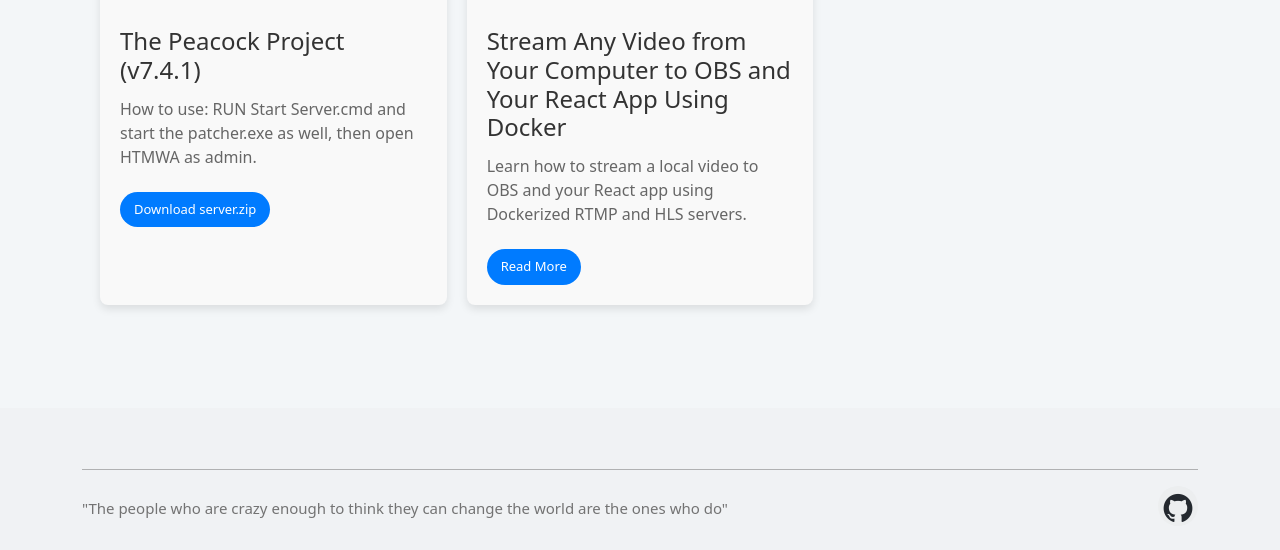
Repository: kaizoku010/firebrand
Page: /blog
The author's editor kept a copy of each file at every save. The page is drawn from the files as they stood at one save, then again after a run of saves.
The browser window is 1280 px wide. The pictures show the part of the page from y = 411 to 961 px (the page is 961 px tall).
The project was rebuilt for these pictures with package versions that can differ from the ones it lists, and the page was loaded fresh each time. Also part of the build but not shown: vite.config.js, src/update/homescreen.js, src/update/about.css, src/components/chips.css, src/components/chips.js, src/update/about.js, src/dataPoint/AllProjects.js, src/update/appsPage.js and 3 more.

Above is the page before, as saved 2025-06-05 12:40:00.

### public/index.html
<!DOCTYPE html>
<html lang="en">
  <head>
    <meta charset="utf-8" />
    <link rel="icon" href="%PUBLIC_URL%/logo.ico" />
    <meta name="viewport" content="width=device-width, initial-scale=1" />
    <meta name="theme-color" content="#000000" />
    <meta
      name="description"
      content="Welcome to Firebrand"
    />
    <link rel="apple-touch-icon" href="%PUBLIC_URL%/logo.png" />
    <!--
      manifest.json provides metadata used when your web app is installed on a
      user's mobile device or desktop. See https://developers.google.com/web/fundamentals/web-app-manifest/
    -->
    <link rel="manifest" href="%PUBLIC_URL%/manifest.json" />

    <title>Kalanxi</title>
    <!-- Global site tag (gtag.js) - Google Analytics -->
<script async src="https://www.googletagmanager.com/gtag/js?id=G-C8GX9VTJ6W"></script>
<script>
  window.dataLayer = window.dataLayer || [];
  function gtag(){dataLayer.push(arguments);}
  gtag('js', new Date());

  gtag('config', 'G-C8GX9VTJ6W');
</script>
<script async src="https://pagead2.googlesyndication.com/pagead/js/adsbygoogle.js?client=ca-pub-3855618579065381"
     crossorigin="anonymous"></script>
     <script async custom-element="amp-ad" src="https://cdn.ampproject.org/v0/amp-ad-0.1.js"></script>
  </head>
  <body>
    <noscript>You need to enable JavaScript to run this app.</noscript>
    <div id="root"></div>

  </body>
</html>

### src/App.css
body {
  -webkit-font-smoothing: antialiased;
  background-color: #f3f6f8;
  margin-top: 0px;
  font-family:  ui-sans-serif,system-ui,-apple-system,BlinkMacSystemFont,Segoe UI,Roboto,Helvetica Neue,Arial,Noto Sans,sans-serif,apple color emoji,segoe ui emoji,Segoe UI Symbol,noto color emoji;
;
}

.content{
display: none !important;
}

a {
  text-decoration: none;
  color: #5747ff !important;
}

@media only screen and (max-width: 900px) {
  .holder__ {
    text-align: center;
    padding: 20px;
  }
}

.thumb-lg {
  height: 88px;
  width: 88px;
}
.profile-user-box {
  position: relative;
  border-radius: 5px;
}
.bg-custom {
  /*background-color: #02c0ce !important;  */
  background-color: #02191b !important;
  /* 02191b */
}
.profile-user-box {
  position: relative;
  border-radius: 5px;
}

.card-box {
  padding: 20px;
  position: sticky;
  border-radius: 3px;
  margin-bottom: 30px;
  z-index: 1;
  top: 0;
  background-color: #fff;
}
.inbox-widget .inbox-item img {
  width: 40px;
}

.inbox-widget .inbox-item {
  border-bottom: 1px solid #f3f6f8;
  overflow: hidden;
  padding: 10px 0;
  position: relative;
}

.inbox-widget .inbox-item .inbox-item-img {
  display: block;
  float: left;
  margin-right: 15px;
  width: 40px;
}

.inbox-widget .inbox-item img {
  width: 40px;
}

.inbox-widget .inbox-item .inbox-item-author {
  color: #313a46;
  display: block;
  margin: 0;
}

.inbox-widget .inbox-item .inbox-item-text {
  color: #98a6ad;
  display: block;
  font-size: 14px;
  margin: 0;
}

.inbox-widget .inbox-item .inbox-item-date {
  color: #98a6ad;
  font-size: 11px;
  position: absolute;
  right: 7px;
  top: 12px;
}

.comment-list .comment-box-item {
  position: relative;
}

.comment-list .comment-box-item .commnet-item-date {
  color: #98a6ad;
  font-size: 11px;
  position: absolute;
  right: 7px;
  top: 2px;
}

.comment-list .comment-box-item .commnet-item-msg {
  color: #313a46;
  display: block;
  margin: 10px 0;
  font-weight: 400;
  font-size: 15px;
  line-height: 24px;
}

.comment-list .comment-box-item .commnet-item-user {
  color: #98a6ad;
  display: block;
  font-size: 14px;
  margin: 0;
}

.comment-list a + a {
  margin-top: 15px;
  display: block;
}

.ribbon-box .ribbon-primary {
  background: #2d7bf4;
}

.ribbon-box .ribbon {
  position: relative;
  float: left;
  clear: both;
  padding: 5px 12px 5px 12px;
  margin-left: -30px;
  margin-bottom: 15px;
  font-family: Rubik, sans-serif;
  -webkit-box-shadow: 2px 5px 10px rgba(49, 58, 70, 0.15);
  -o-box-shadow: 2px 5px 10px rgba(49, 58, 70, 0.15);
  box-shadow: 2px 5px 10px rgba(49, 58, 70, 0.15);
  color: #fff;
  font-size: 13px;
}
.text-custom {
  color: #949797 !important;
}

.badge-custom {
  background: #02c0ce;
  color: #fff;
}
.badge {
  font-family: Rubik, sans-serif;
  -webkit-box-shadow: 0 0 24px 0 rgba(0, 0, 0, 0.06),
    0 1px 0 0 rgba(0, 0, 0, 0.02);
  box-shadow: 0 0 24px 0 rgba(0, 0, 0, 0.06), 0 1px 0 0 rgba(0, 0, 0, 0.02);
  padding: 0.35em 0.5em;
  font-weight: 500;
}
.text-muted {
  color: #98a6ad !important;
}
project_list
.font-13 {
  font-size: 13px !important;
}

.fire-text {
  text-align: justify;
}

@media screen and (max-width: 800px) {
  .card-box {
    padding: 20px !important;
    position: sticky;
    border-radius: 3px;
    margin-bottom: 30px;
    z-index: 1;
    top: 0;
    background-color: #fff;
  }
}


.main-color{
  color: #fbb03b;
}

### src/update/blog.js
import React, { useState, useEffect } from 'react';
import '../update/blog.css';
import PP from "../img/server.png";

function Blog() {
  // Mock data for blog items
  const blogs = [
    { id: 1, title: 'The Peacock Project (v7.4.1)', description: 'How to use: RUN Start Server.cmd and start the patcher.exe as well, then open HTMWA as admin.', image: "https://encrypted-tbn0.gstatic.com/images?q=tbn:ANd9GcQP_9R3lzRksnVnuWHeN9Mo7RWM1pOEd7CjKg&s" },
    {
      id: 2,
      title: 'Stream Any Video from Your Computer to OBS and Your React App Using Docker',
      description: 'Learn how to stream a local video to OBS and your React app using Dockerized RTMP and HLS servers.',
      image: 'https://cdn.hashnode.com/res/hashnode/image/upload/v1678134359606/03e5efb6-7ba8-48d9-bba2-4a2700e620e4.png?w=1600&h=840&fit=crop&crop=entropy&auto=compress,format&format=webp'
    },
  ];

  // State to track if the download is in progress
  const [isDownloading, setIsDownloading] = useState(false);

  // Handle download on button click
  const handleDownload = () => {
    if (isDownloading) return; // Prevent download if it's already in progress

    // Set the downloading state to true to disable the button
    setIsDownloading(true);

    // Fetching the file from the server
    fetch('/resources/server.zip') // Assuming the file is on the server path
      .then((response) => {
        if (!response.ok) {
          throw new Error('Network response was not ok');
        }
        return response.blob(); // Get the file as a blob
      })
      .then((blob) => {
        const url = URL.createObjectURL(blob); // Create an object URL for the blob
        const link = document.createElement('a'); // Create an anchor element
        link.href = url; // Set the download URL
        link.download = 'server.zip'; // Name of the downloaded file
        document.body.appendChild(link); // Append link to the body
        link.click(); // Trigger the download
        document.body.removeChild(link); // Remove the link after download
        URL.revokeObjectURL(url); // Clean up the object URL

        // Reset the downloading state after the download
        setIsDownloading(false);
      })
      .catch((error) => {
        console.error('Error downloading the file:', error); // Error handling

        // Reset the downloading state if there's an error
        setIsDownloading(false);
      });
  };

  useEffect(() => {
    // Dynamically load the AdSense script after the component has mounted
    const script = document.createElement('script');
    script.src = "https://pagead2.googlesyndication.com/pagead/js/adsbygoogle.js?client=ca-pub-3855618579065381";
    script.async = true;
    script.crossOrigin = "anonymous";
    document.head.appendChild(script);

    // Initialize AdSense
    script.onload = () => {
      (window.adsbygoogle = window.adsbygoogle || []).push({});
    };

    return () => {
      // Clean up the script on component unmount
      document.head.removeChild(script);
    };
  }, []);

  return (
    <div className="blog-page">
      <h2 className="blog-title">Blog Section</h2>

      <div className="blog-grid">
        {blogs.map((blog) => (
          <div key={blog.id} className="blog-item">
            <img src={blog.image} alt={blog.title} className="blog-item-image" />
            <h2 className="blog-item-title">{blog.title}</h2>
            <p className="blog-item-description">{blog.description}</p>
            {/* Button that triggers the download or opens the guide */}
            {blog.id === 1 ? (
              <button
                className="download-button-2"
                onClick={handleDownload}
                disabled={isDownloading}
              >
                {isDownloading ? 'Downloading...' : 'Download server.zip'}
              </button>
            ) : (
              <button
                className="download-button-2"
                onClick={() => window.location.href = '/blog-details'}
              >
                Read More
              </button>
            )}
          </div>
        ))}

        {/* AdSense Ad */}
        <ins className="adsbygoogle"
             style={{ display: 'block' }}
             data-ad-client="ca-pub-3855618579065381"
             data-ad-slot="7113298799"
             data-ad-format="auto"
             data-full-width-responsive="true"></ins>
      </div>
    </div>
  );
}

export default Blog;

### src/mobile.css
@media only screen and (max-width: 950px) {
  .blog-article {
    background: #fff;
    max-width: 25rem;
    margin: 40px auto 0 auto;
    padding: 1rem 2rem 2rem 2rem;
}
.blog-meta{
    text-align: left;
}

  .blog-title {
    text-align: left;
    font-size: 1.5rem;
  }
  .blog-details-img {
    max-height: 180px;
  }


}

### src/update/header.css
header_div {
    padding: 0;
    margin: 0;
    box-sizing: border-box;
    font-family: sans-serif;
    text-decoration: none;
    list-style: none;
  }


  .name_logo{
    display:none;
  }

  .header {
    position: sticky;
    top: 0;
    grid-area: header;
    width: 100%;
    box-shadow: 0 4px 20px hsla(207, 24%, 35%, 0.1);
    background-color: white;
    z-index: 2;
  }

  .email-ic{
    width:38px;
  }

  nav {
    display: flex;
    justify-content: space-between;
    align-items: center;
    padding: 20px 100px;
  }

  .logo a {
    font-size: 24px;
    font-weight: bold;
    color: #fff;
  }

  .logo a span {
    color: #8739fa;
  }


  .menu {
    display: flex;
    list-style:none;
    justify-content: center;
    align-items: center;
  }

  .menu a {
    display: block;
    padding: 7px 15px;
    font-size: 17px;
    font-weight: 500;
    transition: 0.2s all ease-in-out;
    color: #fff;
  }

  .menu:hover a {
    opacity: 0.4;
  }

  .menu a:hover {
    opacity: 1;
    color: #fff;
  }

  .menu-icon {
    display: none;
  }

  #menu-toggle {
    display: none;
  }

  #menu-toggle:checked ~ .menu {
    transform: scale(1, 1);
  }

  @media only screen and (max-width: 950px) {
    .menu {
      flex-direction: column;
      background-color: white;
      align-items: start;
      position: absolute;
      top: 82px;
      left: 0;
      width: 100%;
      z-index: 1;
      padding-left: 10px;
      transform: scale(1, 0);
      transform-origin: top;
      transition: transform 0.3s ease-in-out;
      box-shadow: rgba(0, 0, 0, 0.15) 1.95px 1.95px 2.6px;
    }

    nav {
      display: flex;
      justify-content: space-between;
      align-items: center;
      padding: 18px 30px;
  }

    .name_logo{
        display:none;
      }

    .menu a {
      margin-left: 12px;
    }

    .menu li {
      margin-bottom: 10px;
    }

    .menu-icon {
      display: block;
      color: black;
      font-size: 28px;
      cursor: pointer;
    }
    /* my logo */

  .fireband-logo{
    width: 50px !important;

  }
  }



  .fireband-logo{
    width: 60px;
  }


  .header a {
    color:#212529 !important
      }
    .header a:hover {
        color:#fbb03b !important;
    }

### src/update/homescreen.css
.homepage{
    /* margin-top: 50px; */
    display: flex;
    place-content: center;
    height: 100vh;
    align-items: center;
    position: relative;

    min-height: 500px;
}

.main-content{
    text-align: center;
    display: flex;
    flex-direction: column;
}

#userImage{
    border-radius: 50% !important;
    align-self: center;
    margin-bottom: 10px;
    width: 60%;
}

.userName{
    letter-spacing: -.05em;
    font-size: 2.5rem;
    text-align: center;
    background: -webkit-radial-gradient(#030303, #010001);
    -webkit-background-clip: text;
    background-clip: text;
    -webkit-text-fill-color: transparent;
    line-height: 1;
    font-weight: 700;
    white-space: nowrap;
}

.userRole{
    max-width: 48rem;
    font-size: 20px;
    font-weight: 100;
    margin-left: auto;
    letter-spacing: -.025em;
    color: rgb(17 24 39 / var(50%));
    text-align: center;
    margin-right: auto;
}

.site-holder{
    padding-left: 1.5rem;
    flex-wrap: nowrap;
    padding-right: 1.5rem;
    gap: .5rem;
    margin-top: 0.5rem;
    margin-bottom: 0.5rem;
    justify-content: center;
    display: flex;
    flex-direction: row;
}

#btn-projects{
    color: rgb(255 255 255 / var(10%));
    padding-top: 0.75rem;
    background-color: #fbb03b;
    opacity: 1;
    width: 7rem;
    font-size: .8rem;
    color: #000;
    font-weight: 500;
    border-radius: 2.5rem;
    border-color: rgba(251, 176, 59, .27058823529411763);
    padding: .5rem .5rem !important;

}

#btn-projects:hover{
    background-color: #efa123;

}


.project-ic{
    height:1rem;
    padding-right: 5px;
    padding-left: 5px;
    margin-bottom: 5px !important;
}

#btn-code{
background-color:  rgb(17 24 39);
color: rgb(255 255 255 / var(10%));
    opacity: 1;
    line-height: 1.375;
    font-size: .8rem;
    color: #fff;
        width: 7rem;
    font-weight: 500;
    border-radius: 2.5rem;
    border-color: rgba(251, 176, 59,
    .27058823529411763);
    padding: .5rem .5rem;
}

#btn-code:hover{
    background-color: rgb(71, 74, 81);

}

@media only screen and (max-width: 950px) {
    .homepage {
        display: flex;
        place-content: center;
        height: 100%;
        align-items: center;
        position: relative;
    }

    .site-footer {
        position: relative;
        background-color: #f0f2f4e4;
        padding: 0px 0 20px !important;
        font-size: 15px;
        line-height: 24px;
        color: #737373;
    }
}

### src/update/blog.css
.blog-holder{
height:100vh;

}

.blog-page{
    display: flex;
    height: 100vh;
    align-items: left;
    flex-direction: column;
    padding: 20px 100px;

}

.blog-title{

}

.blog-grid {
    display: grid;
    grid-template-columns: repeat(3, 1fr);
    gap: 20px;
padding-top: 20px;
}

  .blog-item {
    background-color: #f9f9f9;
    padding: 20px;
    border-radius: 8px;
    box-shadow: 0 4px 8px rgba(0, 0, 0, 0.1);
    text-align: center;
  }

  .blog-item-title {
    font-size: 1.5em;
    margin: 0.5em 0;
    text-align: left;
    color: #333;
  }

  .blog-item-description {
    font-size: 1em;
    text-align: left;

    color: #666;
    margin: 0.5em 0;
  }

  .download-button-2 {
    margin-top: 15px;
    padding: 8px 14px;
    color: white;
    background-color: #007bff;
    border: none;
    border-radius: 20px;
    float: left;
    font-size: small;
  }

  .download-button:hover {
    background-color: #0056b3;
  }

  @media (max-width: 800px) {
    .blog-grid {
      grid-template-columns: repeat(2, 1fr);
    }
    .blog-page {
        display: flex;
        height: 100% !important;
        align-items: left;
        flex-direction: column;
        padding: 21px 29px !important;
    }
  }

  @media (max-width: 480px) {
    .blog-grid {
      grid-template-columns: 1fr;
    }
  }


.blog-container{
text-align: center;
border: 0px solid;
position: absolute;
top: 50%;
left: 50%;
transform: translate(-50%, -50%);
padding: 10px;
width: -moz-fit-content;
width: fit-content;
/* margin: 100px 300px 100px 300px; */
}

.coming-soon-title{
font-weight: 900;
text-align: left !important;
font-size: 5em;
}

.soon-span{
    color: #fbb03b;
}

.coming-soon-text{
    text-align: left !important;
}

.blog-image-holder{
width: -moz-fit-content;
width: fit-content;
}

.blog-item-image {
    width: 100%;
    height: auto;
    max-height: 200px;
    margin-bottom: 15px;
    border-radius: 8px;
    object-fit: cover;
  }


.blog-image{

    height:300px;
}

/* mobile view */
@media only screen and (max-width: 950px) {
    .blog-container {
        text-align: center;
        border: 0px solid;
        position: absolute;
        top: 63%;
        left: 50%;
        transform: translate(-50%, -50%);

        width: -moz-fit-content;
        width: fit-content;

    }


.coming-soon-title{
    line-height:0.8;
    font-weight: 900;
    text-align: left !important;
    font-size: 5em;
    }
    }

### src/update/footer.css
.site-footer
{
  position: relative;
  background-color:#f0f2f4e4;
  padding:45px 0 20px;
  font-size:15px;
  line-height:24px;
  color:#737373;
}

.row{
  align-items: center !important;
}

.facebook{
    width: 30px;
}
.site-footer hr
{
  border-top-color:#bbb;
  opacity:0.5
}
.site-footer hr.small
{
  margin:20px 0
}
.site-footer h6
{
  color:#fff;
  font-size:16px;
  text-transform:uppercase;
  margin-top:5px;
  letter-spacing:2px
}
.site-footer a
{
  color:#737373;
}
.site-footer a:hover
{
  color:#3366cc;
  text-decoration:none;
}
.footer-links
{
  padding-left:0;
  list-style:none
}
.footer-links li
{
  display:block
}
.footer-links a
{
  color:#737373
}
.footer-links a:active,.footer-links a:focus,.footer-links a:hover
{
  color:#3366cc;
  text-decoration:none;
}
.footer-links.inline li
{
  display:inline-block
}
.site-footer .social-icons
{
  text-align:right
}
.site-footer .social-icons a
{
  width:40px;
  height:40px;
  line-height:40px;
  margin-left:6px;
  margin-right:0;
  border-radius:100%;
}
.copyright-text
{
  margin:0
}
@media (max-width:991px)
{
  .site-footer [class^=col-]
  {
    margin-bottom:30px
  }
}
@media (max-width:767px)
{

  .copyright-text{
    margin:10px;
  }
  .site-footer
  {
    padding-bottom:0
  }
  .site-footer .copyright-text,.site-footer .social-icons
  {
    text-align:center
  }
}
.social-icons
{
  padding-left:0;
  margin-bottom:0;
  list-style:none
}
.social-icons li
{
  display:inline-block;
  margin-bottom:4px
}
.social-icons li.title
{
  margin-right:15px;
  text-transform:uppercase;
  color:#96a2b2;
  font-weight:700;
  font-size:13px
}
.social-icons a{
  background-color:#eceeef;
  color:#818a91;
  font-size:16px;
  display:inline-block;
  line-height:44px;
  width:44px;
  height:44px;
  text-align:center;
  margin-right:8px;
  border-radius:100%;
  -webkit-transition:all .2s linear;
  -o-transition:all .2s linear;
  transition:all .2s linear
}
.social-icons a:active,.social-icons a:focus,.social-icons a:hover
{
  color:#fff;
  background-color:#ebebeb
}
.social-icons.size-sm a
{
  line-height:34px;
  height:34px;
  width:34px;
  font-size:14px
}
.social-icons a.facebook:hover
{
  background-color:#e7e9e9
}
.social-icons a.twitter:hover
{
  background-color:#00aced
}
.social-icons a.linkedin:hover
{
  background-color:#007bb6
}
.social-icons a.dribbble:hover
{
  background-color:#ea4c89
}
@media (max-width:767px)
{
  .social-icons li.title
  {
    display:block;
    margin-right:0;
    font-weight:600
  }
}

### src/components/blogdetails.css
/* BlogDetails Modern Blog Post Styles */
.blog-details {
  background: #fafbfc;
  min-height: 100vh;
  padding: 0 0 40px 0;
  display: flex;
  justify-content: center;
}

.blog-header {
  text-align: center;
  margin-bottom: 2.5rem;
}

.blog-title {
  font-size: 2.3rem;
  font-weight: 800;
  color: #1a1a1a;
  margin-bottom: 0.5rem;
}

.blog-meta {
  color: #888;
  font-size: 1rem;
  margin-bottom: 1.5rem;
}

.blog-details-img {
  width: 100%;
  max-height: 320px;
  object-fit: cover;
  border-radius: 12px;
  margin-bottom: 1.5rem;
  box-shadow: 0 2px 12px 0 rgba(0,0,0,0.06);
}

.blog-section {
  color: #23272f;
  line-height: 1.7;
  font-size: 1.08rem;
}

.blog-section h2 {
  font-size: 1.35rem;
  color: #141414;
  margin-top: 2rem;
  margin-bottom: 0.7rem;
  font-weight: 700;
}


.blog-article {
    background: #fff;
    max-width: 53rem;
    margin: 40px auto 0 auto;
    /* border-radius: 18px;
    box-shadow: 0 4px 24px 0 rgba(0, 0, 0, 0.07); */
    padding: 2.5rem 2rem 2rem 2rem;
    font-family: 'Segoe UI', 'Roboto', Arial, sans-serif;
}

.blog-section ul {
  margin: 0 0 1.5rem 1.5rem;
  padding: 0;
}

.blog-section li {
  margin-bottom: 0.5rem;
}

.blog-code {
  background: #f4f4f4;
  color: #222;
  font-family: 'Fira Mono', 'Consolas', 'Menlo', monospace;
  font-size: 1rem;
  border-radius: 7px;
  padding: 1rem;
  margin: 1rem 0;
  overflow-x: auto;
  box-shadow: 0 1px 4px 0 rgba(0,0,0,0.04);
}

Loaded but not shown: src/index.js (common file); src/index.css (common file); src/reportWebVitals.js (common file); src/components/ScrollToTop.js (105 lines, source omitted); src/App.js (43 lines, source omitted); src/update/footer.js (34 lines, source omitted); src/update/header.js (28 lines, source omitted); src/update/appsPage.css (481 lines, source omitted)

After the next 2 saves:
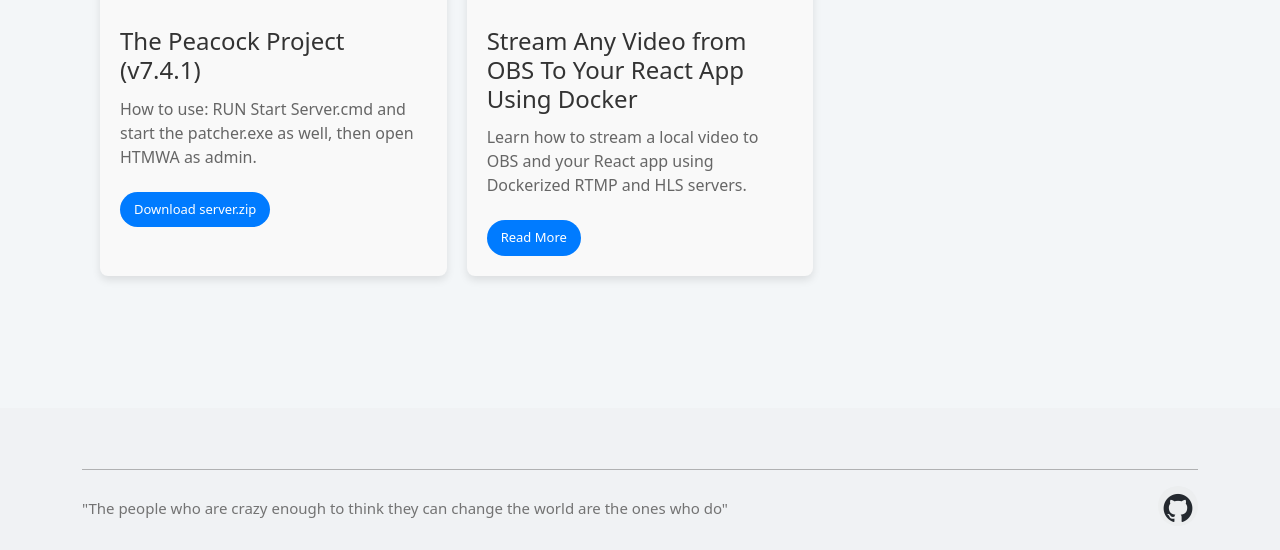
The 2 saves are shown as one change because they came seconds apart.
The last was saved 28 s later.
--- a/src/update/blog.js
+++ b/src/update/blog.js
@@ -8,7 +8,7 @@ function Blog() {
     { id: 1, title: 'The Peacock Project (v7.4.1)', description: 'How to use: RUN Start Server.cmd and start the patcher.exe as well, then open HTMWA as admin.', image: "https://encrypted-tbn0.gstatic.com/images?q=tbn:ANd9GcQP_9R3lzRksnVnuWHeN9Mo7RWM1pOEd7CjKg&s" },
     {
       id: 2,
-      title: 'Stream Any Video from Your Computer to OBS and Your React App Using Docker',
+      title: 'Stream Any Video from OBS To Your React App Using Docker',
       description: 'Learn how to stream a local video to OBS and your React app using Dockerized RTMP and HLS servers.',
       image: 'https://cdn.hashnode.com/res/hashnode/image/upload/v1678134359606/03e5efb6-7ba8-48d9-bba2-4a2700e620e4.png?w=1600&h=840&fit=crop&crop=entropy&auto=compress,format&format=webp'
     },
